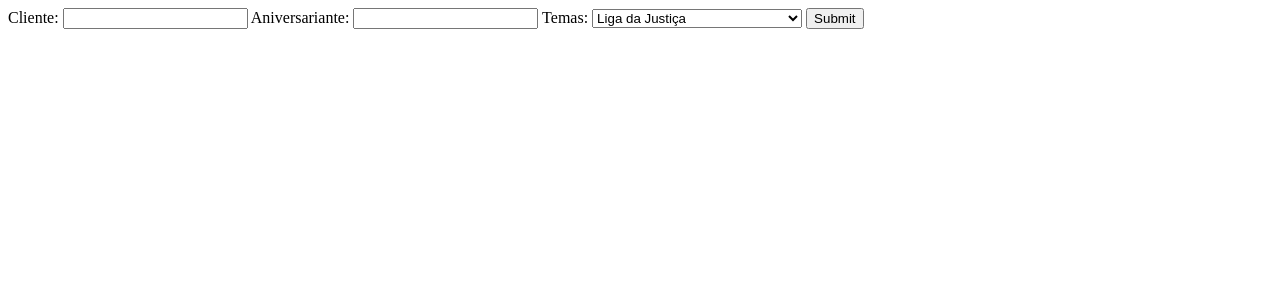
Repository: brunoduarteads/servlets
Page: gerenciador/WebContent/formularioCadastro.html
An editor plug-in stored every save of this project. The page is shown before and after the next save, followed by the edit.
The browser window is 1280 px wide. The pictures show the whole page.

Above is the page before, as saved 2020-04-13 18:20:38.

After the next save:
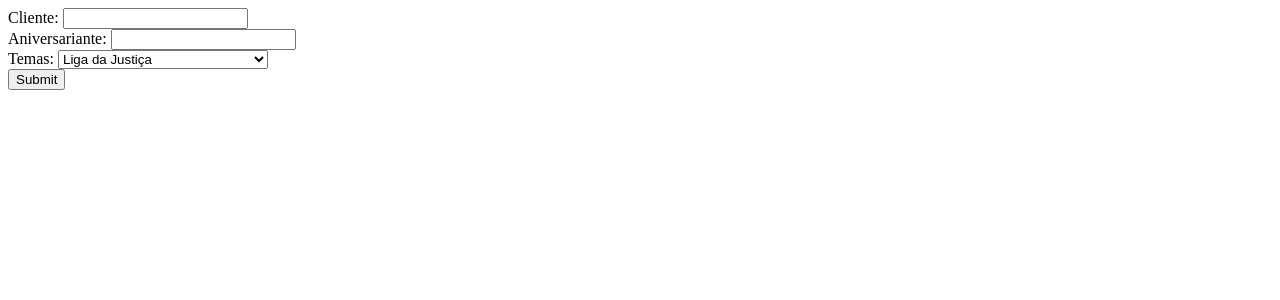
Saved 108 s later.
--- a/gerenciador/WebContent/formularioCadastro.html
+++ b/gerenciador/WebContent/formularioCadastro.html
@@ -7,11 +7,13 @@
 <body>
 
 <form action="/gerenciador/cadastroFesta" method="post" >
-
+   <div>
     Cliente: <input type="text" name="nome" />
-
+    </div>
+    <div>
     Aniversariante: <input type="text" name="aniversariante" />
-
+    </div>
+    <div>
     Temas: <select> <optgroup label="Masculinos">
      <option>Liga da Justiça</option>
      <option>Ben 10</option>
@@ -38,7 +40,7 @@
 
     </select>
 
-
+    </div>
 
     <input type="submit"   />
 
